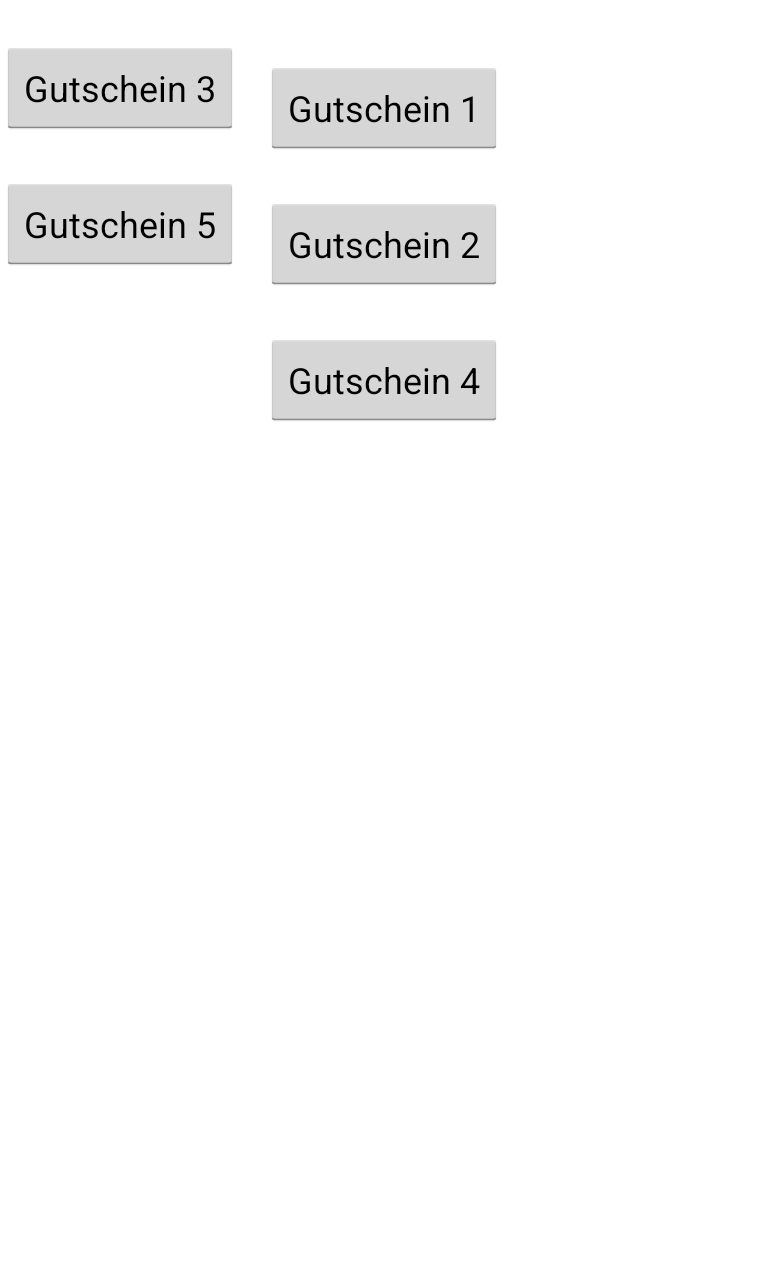
Repository: flashback2k12/ChristmasPresent
Layout: ChristmasPresent/res/layout/activity_checkbox2.xml
The author's editor kept a copy of each file at every save. The layout is drawn from the files as they stood at one save, then again after the next save.
It is drawn on a 768 x 1280 px phone screen (xhdpi) without system bars, with theme AppTheme; the app's code is not run.

Above is the layout before, as saved 2012-12-18 20:00:35.

### ChristmasPresent/res/layout/activity_checkbox2.xml
<?xml version="1.0" encoding="utf-8"?>
<RelativeLayout xmlns:android="http://schemas.android.com/apk/res/android"
    android:layout_width="match_parent"
    android:layout_height="match_parent">

    <Button
        android:id="@+id/button6"
        android:layout_width="wrap_content"
        android:layout_height="wrap_content"
        android:layout_alignParentTop="true"
        android:layout_centerHorizontal="true"
        android:layout_marginLeft="50dp"
        android:layout_marginRight="50dp"
        android:layout_marginTop="30dp"
        android:onClick="FirstCoupon"
        android:text="@string/checkbox1" />

    <Button
        android:id="@+id/Button07"
        android:layout_width="wrap_content"
        android:layout_height="wrap_content"
        android:layout_alignLeft="@+id/button6"
        android:layout_below="@+id/button6"
        android:layout_marginTop="20dp"
        android:onClick="SecoundCoupon"
        android:text="@string/checkbox2" />

    <Button
        android:id="@+id/Button08"
        android:layout_width="wrap_content"
        android:layout_height="wrap_content"
        android:layout_alignLeft="@+id/Button06"
        android:layout_below="@+id/Button06"
        android:layout_marginTop="20dp"
        android:onClick="ThirdCoupon"
        android:text="@string/checkbox3" />

    <Button
        android:id="@+id/Button09"
        android:layout_width="wrap_content"
        android:layout_height="wrap_content"
        android:layout_alignLeft="@+id/Button07"
        android:layout_below="@+id/Button07"
        android:layout_marginTop="20dp"
        android:onClick="FourthCoupon"
        android:text="@string/checkbox4" />

    <Button
        android:id="@+id/Button10"
        android:layout_width="wrap_content"
        android:layout_height="wrap_content"
        android:layout_alignLeft="@+id/Button08"
        android:layout_below="@+id/Button08"
        android:layout_marginTop="20dp"
        android:onClick="FifthCoupon"
        android:text="@string/checkbox5" />

</RelativeLayout>

### ChristmasPresent/res/values-v11/styles.xml
<resources>

	<style  name="AppTheme" parent="android:Theme.Holo.Light" />

</resources>

### ChristmasPresent/res/values/strings.xml
<?xml version="1.0" encoding="utf-8"?>
<resources>

    <string name="app_name">Weihnachtsgeschenk</string>
    <string name="title_activity_main">Weihnachtsgeschenk</string><string name="menu_settings">Menü</string><string name="hello_schatz_z1">Ich wünsche dir alles liebe zum Weihnachtsfest mein Schatz. :-* </string>
    <string name="hello_schatz_z2">Ich hoffe, dass dir die nächsten Punkte gefallen werden!!! :-)</string>

    <string name="button_standard">drück mich!</string>
    <string name="fuelltext">Spannung...</string>
    <string name="checkbox1">Gutschein 1</string>
    <string name="checkbox2">Gutschein 2</string>
    <string name="checkbox3">Gutschein 3</string>
    <string name="checkbox4">Gutschein 4</string>
    <string name="checkbox5">Gutschein 5</string>
    <string name="gutschein1">Ein Gutschein für einen Kinobesuch deiner Wahl!</string>
    <string name="gutschein2">Ein Gutschein zum Essen gehen deiner Wahl!</string>
    <string name="gutschein3">Ein Gutschein für eine Massage!</string>
    <string name="gutschein4">Ein Gutschein für ein Candlelight Dinner!</string>
    <string name="gutschein5">Ein Gutschein für 4 Knutsch-Fotos im Passbildautomat (Ecke Löffelfamilie)!</string>
    <string name="checkbox6">Gutschein 6</string>
    <string name="checkbox7">Gutschein 7</string>
    <string name="checkbox8">Gutschein 8</string>
    <string name="checkbox9">Gutschein 10</string>
    <string name="checkbox10">Gutschein 10</string>



</resources>

Loaded but not shown: ChristmasPresent/res/values-v14/styles.xml (common file); ChristmasPresent/res/values/styles.xml (common file)

After the next save:
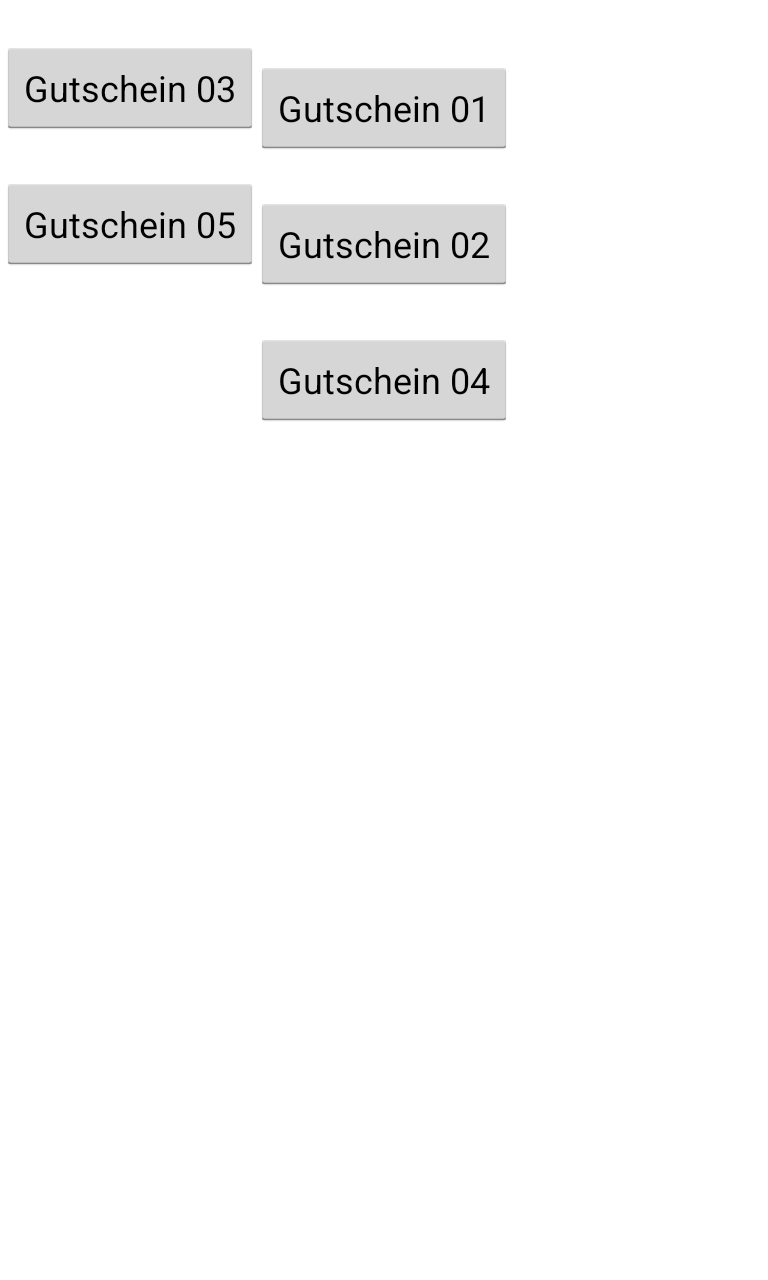
Saved 116 s later.
--- a/ChristmasPresent/res/values/strings.xml
+++ b/ChristmasPresent/res/values/strings.xml
@@ -7,21 +7,21 @@
 
     <string name="button_standard">drück mich!</string>
     <string name="fuelltext">Spannung...</string>
-    <string name="checkbox1">Gutschein 1</string>
-    <string name="checkbox2">Gutschein 2</string>
-    <string name="checkbox3">Gutschein 3</string>
-    <string name="checkbox4">Gutschein 4</string>
-    <string name="checkbox5">Gutschein 5</string>
-    <string name="gutschein1">Ein Gutschein für einen Kinobesuch deiner Wahl!</string>
+    <string name="checkbox1">Gutschein 01</string>
+    <string name="checkbox2">Gutschein 02</string>
+    <string name="checkbox3">Gutschein 03</string>
+    <string name="checkbox4">Gutschein 04</string>
+    <string name="checkbox5">Gutschein 05</string>
+    <string name="checkbox6">Gutschein 06</string><string name="checkbox7">Gutschein 07</string><string name="checkbox8">Gutschein 08</string><string name="checkbox9">Gutschein 09</string><string name="checkbox10">Gutschein 10</string><string name="gutschein1">Ein Gutschein für einen Kinobesuch deiner Wahl!</string>
     <string name="gutschein2">Ein Gutschein zum Essen gehen deiner Wahl!</string>
     <string name="gutschein3">Ein Gutschein für eine Massage!</string>
     <string name="gutschein4">Ein Gutschein für ein Candlelight Dinner!</string>
     <string name="gutschein5">Ein Gutschein für 4 Knutsch-Fotos im Passbildautomat (Ecke Löffelfamilie)!</string>
-    <string name="checkbox6">Gutschein 6</string>
-    <string name="checkbox7">Gutschein 7</string>
-    <string name="checkbox8">Gutschein 8</string>
-    <string name="checkbox9">Gutschein 10</string>
-    <string name="checkbox10">Gutschein 10</string>
+
+
+
+
+
 
 
 
